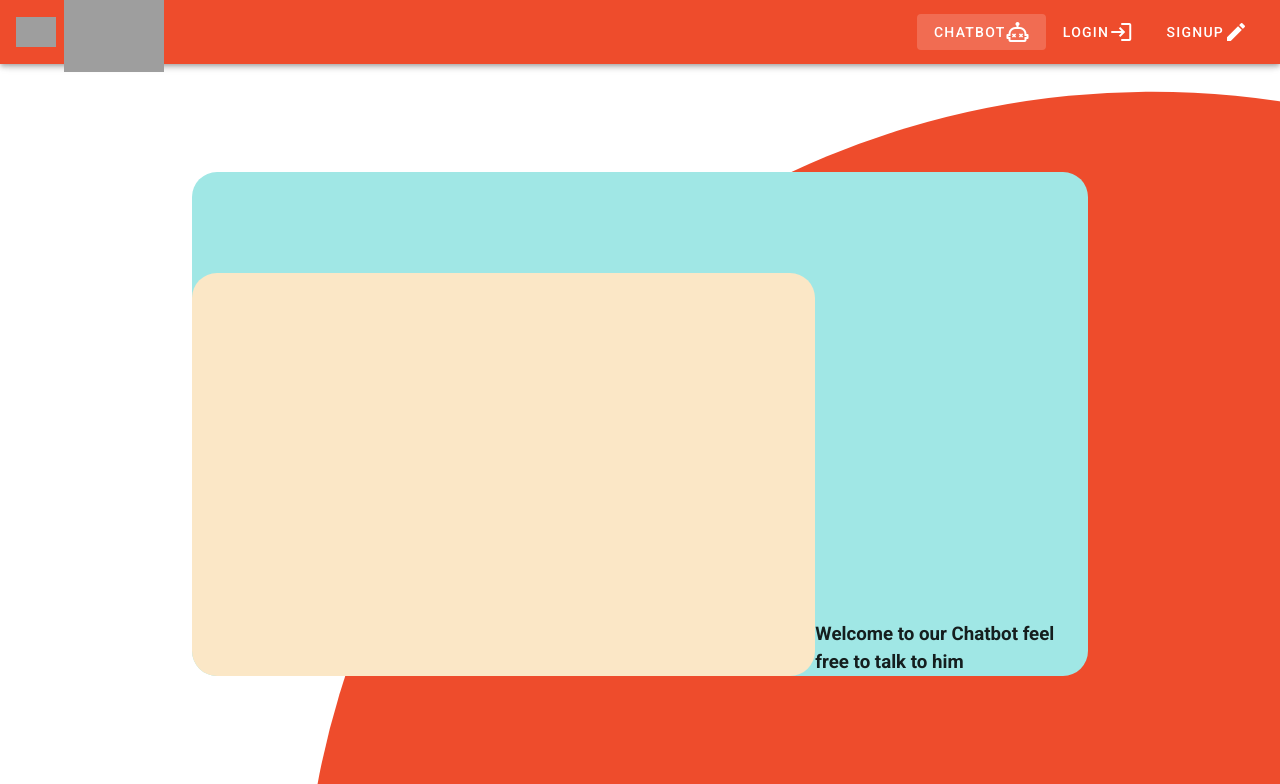
Repository: atout811/pyTorch-Hackathon
Page: /chatbot (app in frontend/)
An editor plug-in stored every save of this project. The page is shown before and after the next save, followed by the edit.
The browser window is 1280 px wide. The pictures show the whole page.
Pictures or frames that could not be fetched are drawn as grey boxes. The project was rebuilt for these pictures with package versions that can differ from the ones it lists, and the page was loaded fresh each time. Also part of the build but not shown: frontend/vue.config.js, frontend/src/views/Home.vue.

Above is the page before, as saved 2021-10-21 14:58:09.

### frontend/src/main.js
import Vue from 'vue'
import App from './App.vue'
import './registerServiceWorker'
import router from './router'
import store from './store'
import vuetify from './plugins/vuetify'
import instance from './plugins/axios'

Vue.config.productionTip = false
Vue.prototype.$axios = instance;

new Vue({
  router,
  store,
  vuetify,
  render: function (h) { return h(App) }
}).$mount('#app')

### frontend/src/App.vue
<template>
  <v-app>
    <v-app-bar app color="primary" dark>
      <div class="d-flex align-center">
        <v-img
          alt="Vuetify Logo"
          class="shrink mr-2"
          contain
          src="https://cdn.vuetifyjs.com/images/logos/vuetify-logo-dark.png"
          transition="scale-transition"
          width="40"
        />

        <v-img
          alt="Vuetify Name"
          class="shrink mt-1 hidden-sm-and-down"
          contain
          min-width="100"
          src="https://cdn.vuetifyjs.com/images/logos/vuetify-name-dark.png"
          width="100"
        />
      </div>

      <v-spacer></v-spacer>
      <v-btn to="/chatbot" text>
        <v-text>Chatbot</v-text>
        <v-icon>mdi-robot-dead-outline</v-icon>
      </v-btn>
      <v-btn to="/login" text>
        <v-text>Login</v-text>
        <v-icon>mdi-login</v-icon>
      </v-btn>
      <v-btn to="/signup" text>
        <v-text>Signup</v-text>
        <v-icon>mdi-pencil</v-icon>
      </v-btn>
    </v-app-bar>

    <v-main class="bubble">
      <router-view />
    </v-main>
  </v-app>
</template>

<script>
export default {
  name: "App",

  data: () => ({
    //
  }),
};
</script>
<style>
.bubble::before {
  background-color: var(--v-primary-base);
  clip-path: circle(80% at 90% 120%);
  width: 100%;
  height: 100%;
  content: "";
  position: absolute;
  box-sizing: none;
  top: 0;
  left: 0;
}
</style>

### frontend/src/router/index.js
import Vue from "vue";
import VueRouter from "vue-router";
import Home from "../views/Home.vue";

Vue.use(VueRouter);

const routes = [
  {
    path: "/",
    name: "Home",
    component: Home,
  },
  {
    path: "/about",
    name: "About",
    // route level code-splitting
    // this generates a separate chunk (about.[hash].js) for this route
    // which is lazy-loaded when the route is visited.
    component: function() {
      return import(/* webpackChunkName: "about" */ "../views/About.vue");
    },
  },
  {
    path: "/login",
    name: "Login",
    // route level code-splitting
    // this generates a separate chunk (Login.[hash].js) for this route
    // which is lazy-loaded when the route is visited.
    component: function() {
      return import(/* webpackChunkName: "Login" */ "../views/Login.vue");
    },
  },
  {
    path: "/signup",
    name: "Signup",
    // route level code-splitting
    // this generates a separate chunk (Signup.[hash].js) for this route
    // which is lazy-loaded when the route is visited.
    component: function() {
      return import(/* webpackChunkName: "Signup" */ "../views/Signup.vue");
    },
  },
  {
    path: "/chatbot",
    name: "chatbot",
    // route level code-splitting
    // this generates a separate chunk (Signup.[hash].js) for this route
    // which is lazy-loaded when the route is visited.
    component: function() {
      return import(/* webpackChunkName: "Signup" */ "../views/Chatbot.vue");
    },
  },
];

const router = new VueRouter({
  mode: "history",
  base: process.env.BASE_URL,
  routes,
});

export default router;

### frontend/src/plugins/vuetify.js
import Vue from 'vue';
import Vuetify from 'vuetify/lib/framework';

Vue.use(Vuetify);

export default new Vuetify({
    theme: {
        themes: {
            light: {
                primary: "#ee4c2c"
            }
        }, options: {
            customProperties: true
        },
    }
});

### frontend/src/plugins/axios.js
import axios from "axios";

const instance = axios.create({
    headers: {
        "Content-Type": "application/json"
    }
})

export default instance;

### frontend/src/views/Chatbot.vue
<template>
  <div class="baba">
    <div class="container">
      <div class="chat-container"></div>
      <h3>Welcome to our Chatbot feel free to talk to him</h3>
    </div>
  </div>
</template>

<script>
export default {
  name: "chatbot",
  data() {
    return {
      chat: [],
    };
  },
};
</script>

<style>
.baba {
  height: 100vh;
  width: 100vw;
  display: flex;
}
.container {
  height: 70vh;
  width: 70vw;
  padding: 0;
  align-self: center;
  /* margin: 10px; */
  background-color: #a0e7e5;
  border-radius: 25px;
  display: flex;
  align-items: flex-end;
}
.chat-container {
  height: 80%;
  width: 100%;
  /* margin: 10px; */
  background-color: #fbe7c6;
  border-radius: 25px;
}
</style>

Loaded but not shown: frontend/public/index.html (common file); frontend/src/registerServiceWorker.js (common file); frontend/src/store/index.js (common file)

After the next save:
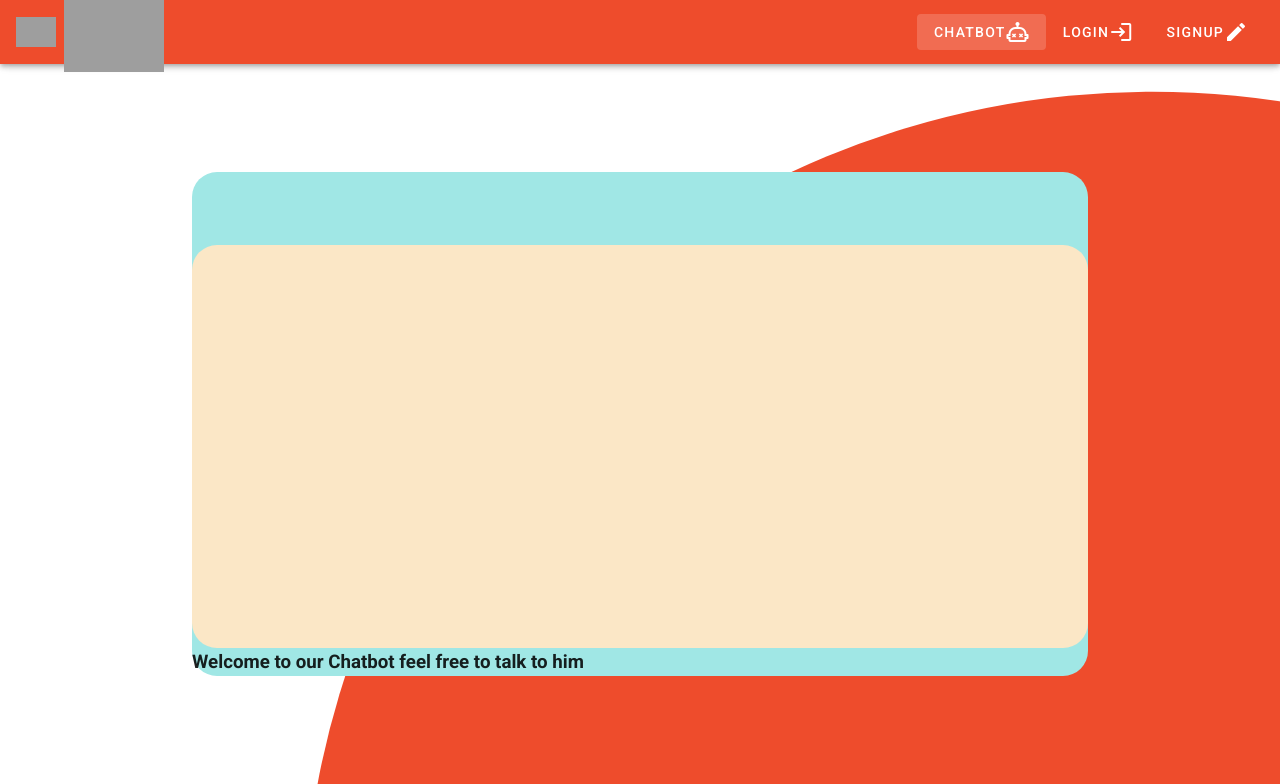
Saved 26 s later.
--- a/frontend/src/views/Chatbot.vue
+++ b/frontend/src/views/Chatbot.vue
@@ -33,7 +33,8 @@ export default {
   background-color: #a0e7e5;
   border-radius: 25px;
   display: flex;
-  align-items: flex-end;
+  flex-direction: column;
+  justify-content: flex-end;
 }
 .chat-container {
   height: 80%;
